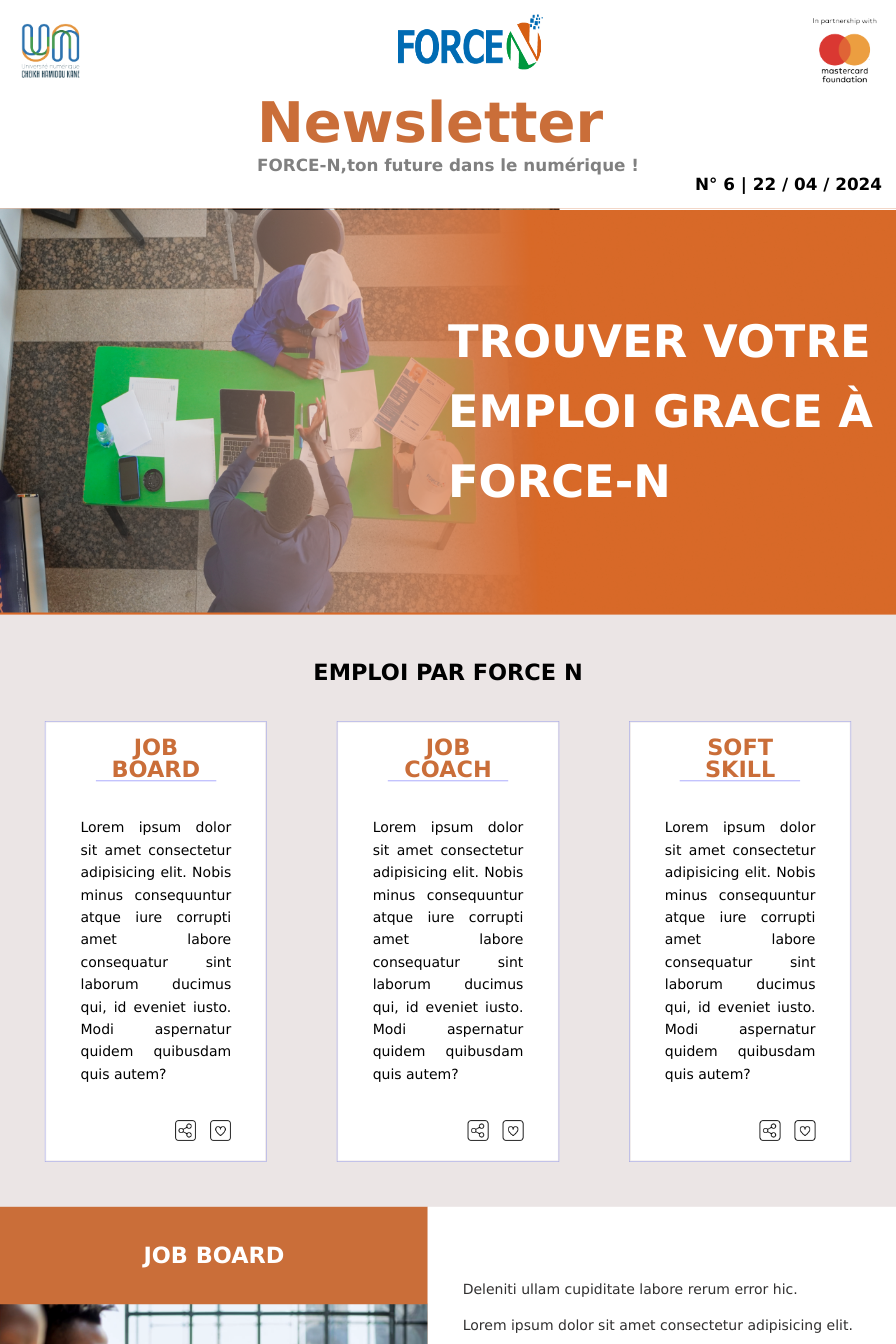
Repository: Ken-dia/newsletters_force_n
Page: index.html
An editor plug-in stored every save of this project. The page is shown before and after the next save, followed by the edit.
The browser window is 1280 px wide. The pictures show the part of the page from y = 0 to 1920 px (the page is 8757 px tall before and 8747 px after), at 70% of full size.

Above is the page before, as saved 2024-04-24 10:47:47.

After the next save:
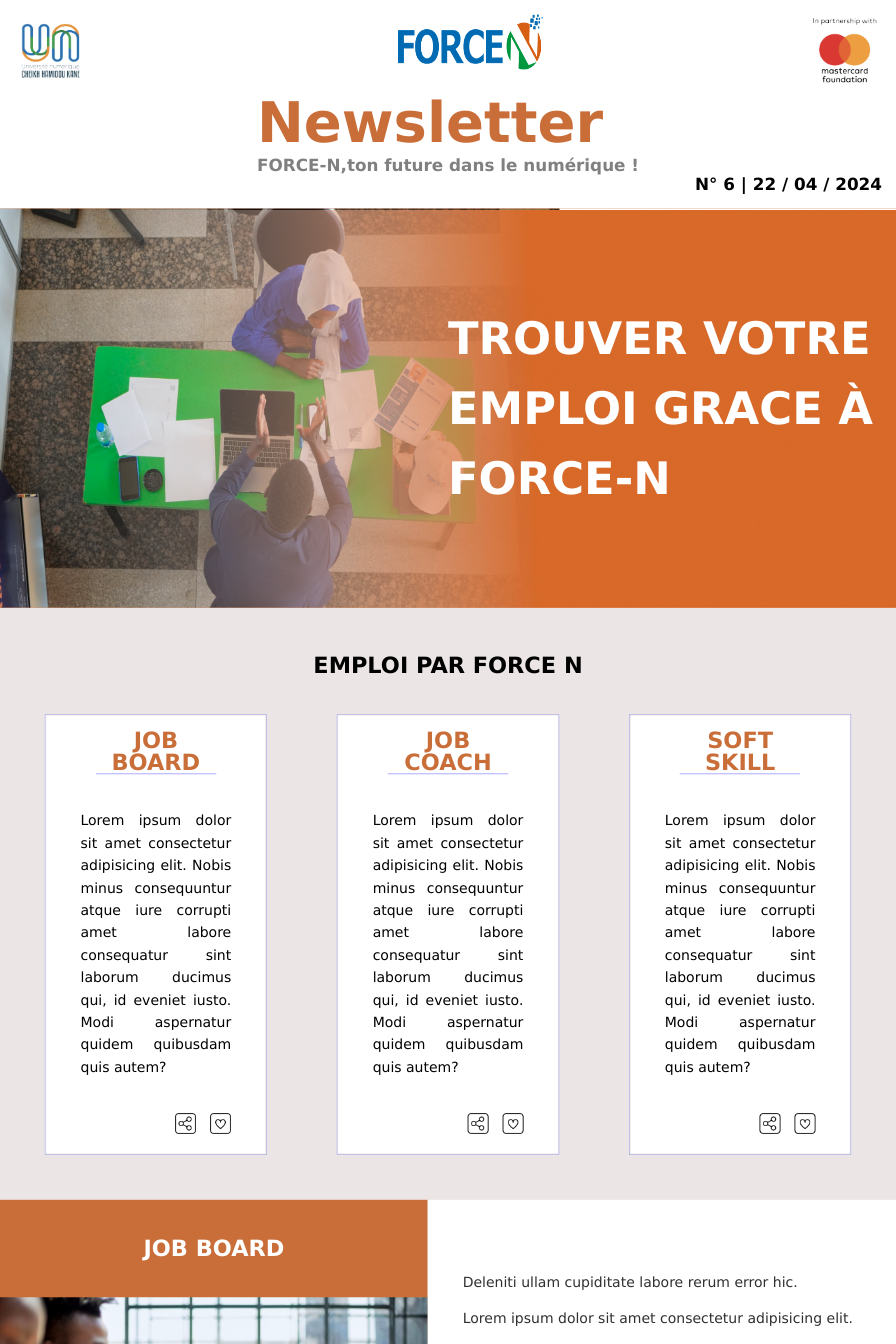
Saved 5 s later.
--- a/styles.css
+++ b/styles.css
@@ -41,7 +41,7 @@
     background-image: url(/images/bandeau.png);
     background-color: #d86928;
     background-repeat: no-repeat;
-    height: 580px;
+    height: 570px;
 }
 .bandeau {
 
